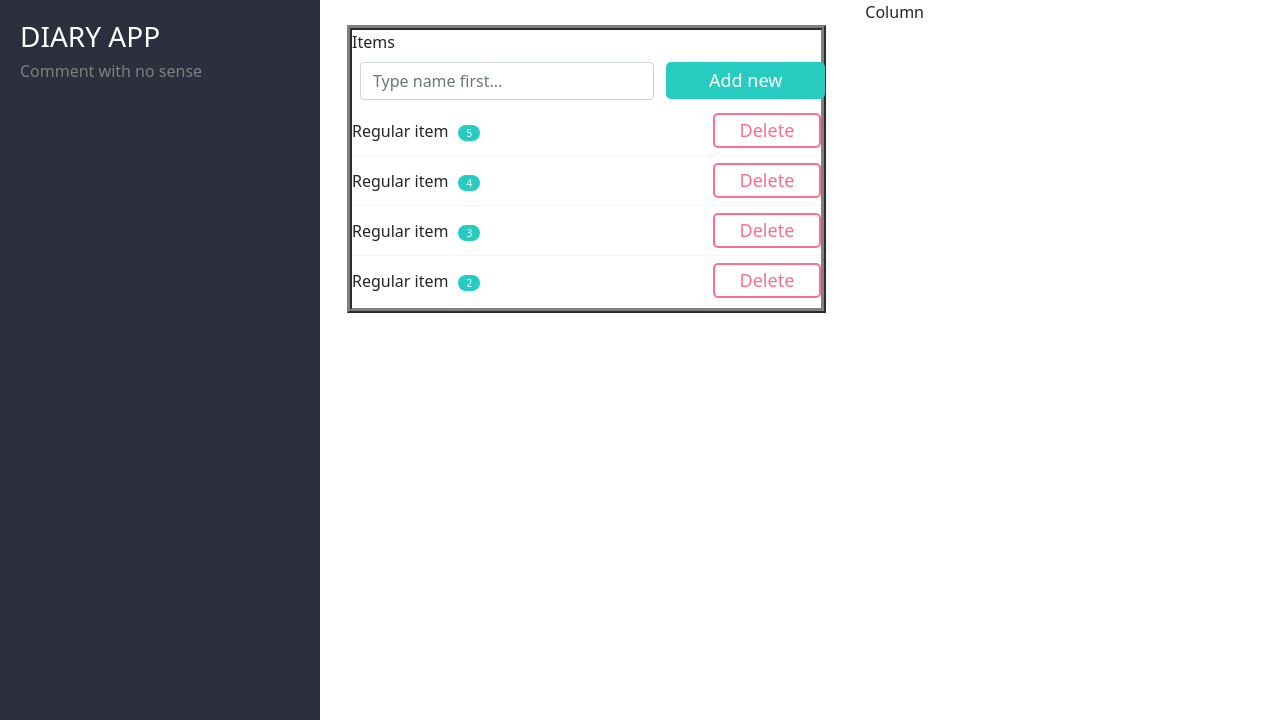
Repository: tsydikov/diary
Page: /
These files come from the project's save history. The page is drawn as it stood at one moment and after the next save; the edit follows.
The browser window is 1280 px wide. The pictures show the whole page.
The project was rebuilt for these pictures with package versions that can differ from the ones it lists, and the page was loaded fresh each time.

Above is the page before, as saved 2021-09-10 21:35:21.

After the next save:
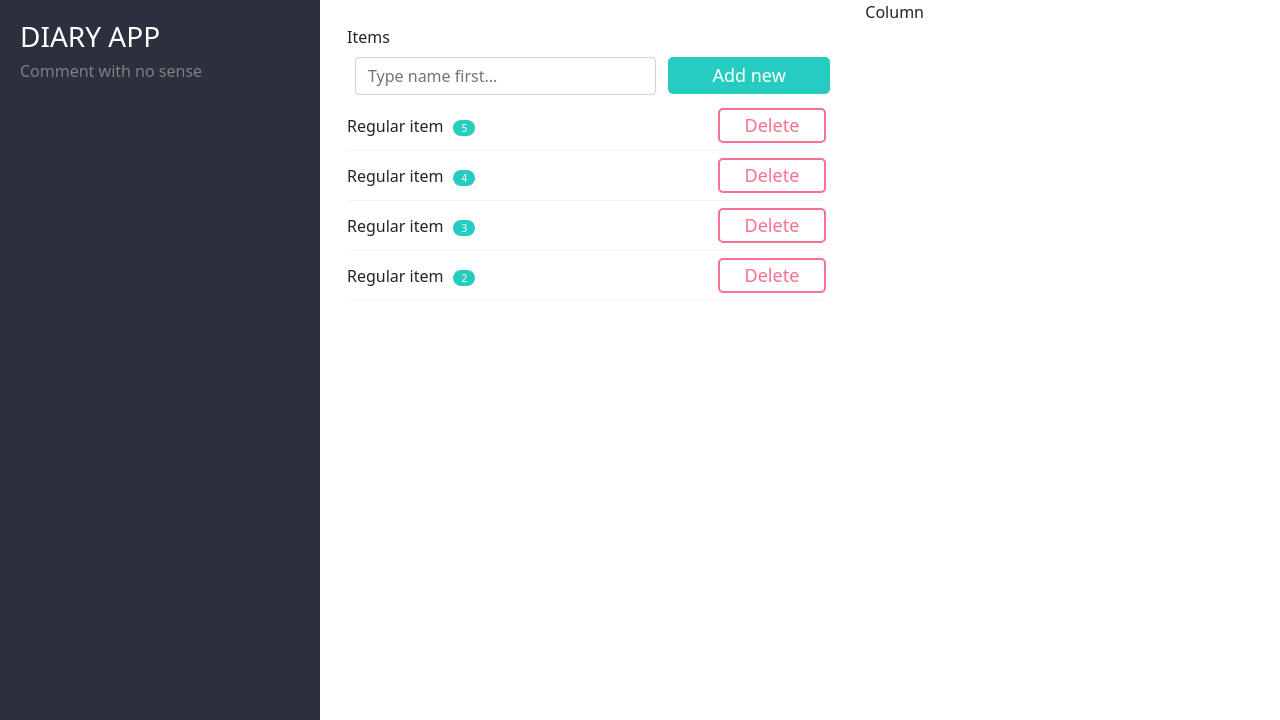
Saved 42 s later.
--- a/src/styles/App.css
+++ b/src/styles/App.css
@@ -33,7 +33,7 @@ hr {
 }
 
 .items_cotainer {
-    border: 5px ridge grey;
+    /* border: 5px ridge grey; */
     margin: 15px;
     margin-top: 25px;
 }
